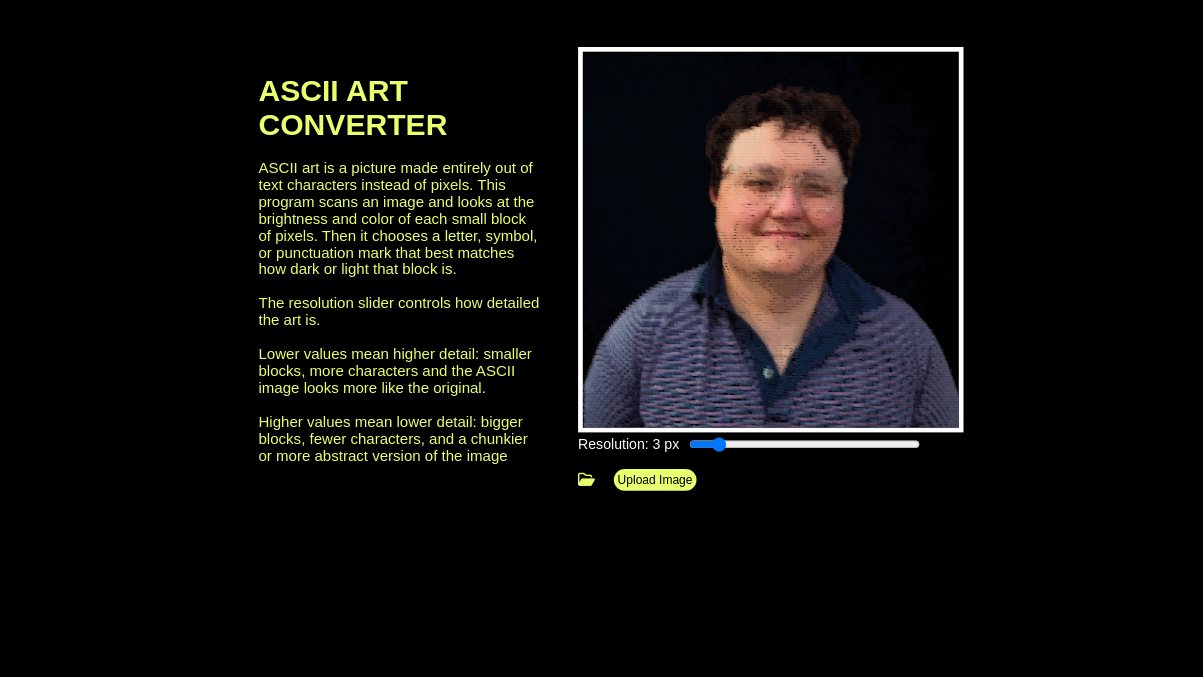
Repository: rosieomusic/ascii-art
Page: index.html
These files come from the project's save history. The page is drawn as it stood at one moment and after the next save; the edit follows.
The browser window is 1280 px wide. The pictures show the whole page, at 94% of full size.
Some web libraries are served in a nearby version.

Above is the page before, as saved 2025-05-06 17:31:40.

### index.html
<!DOCTYPE html>
<html>
	<head>
		<meta charset="UTF-8" />
		<meta
			name="viewport"
			content="width=device-width, initial-scale=1.0"
		/>

		<title>ASCII ART</title>
		<link
			rel="stylesheet"
			href="styles.css"
		/>
		<script
			src="https://kit.fontawesome.com/56e0d45a0e.js"
			crossorigin="anonymous"
		></script>
	</head>
	<body>
		<div class="big-container">
			<div id="explaination">
				<h1>ASCII ART CONVERTER</h1>
				<br />
				<p>
					ASCII art is a picture made entirely out of text characters instead of
					pixels. This program scans an image and looks at the brightness and
					color of each small block of pixels. Then it chooses a letter, symbol,
					or punctuation mark that best matches how dark or light that block is.
				</p>
				<br />
				<p>The resolution slider controls how detailed the art is.</p>
				<br />
				<p>
					Lower values mean higher detail: smaller blocks, more characters and
					the ASCII image looks more like the original.
				</p>
				<br />
				<p>
					Higher values mean lower detail: bigger blocks, fewer characters, and
					a chunkier or more abstract version of the image
				</p>
			</div>
			<div class="container">
				<canvas id="canvas1"></canvas>
				<div class="controls">
					<label
						for="resolution"
						id="resolutionLabel"
						>Resolution 5 px</label
					>
					<input
						type="range"
						id="resolution"
						name="resolution"
						min="1"
						max="20"
						value="3"
					/>
				</div>
				<br />
				<div id="upload">
					<i class="fa-regular fa-folder-open"></i>

					<input
						type="file"
						id="imageUpload"
						accept="image/*"
					/>
					<label
						for="imageUpload"
						class="upload-btn"
						>Upload Image</label
					>
					<pre id="ascii-output"></pre>
					<canvas
						id="canvas2"
						style="display: none"
					></canvas>
				</div>
			</div>
		</div>

		<script src="script.js"></script>
	</body>
</html>

### styles.css
* {
	margin: 0;
	padding: 0;
	/* box-sizing: border-box; */
}
body {
	background: black;
}
.big-container {
	display: flex;
	flex-direction: row;
	align-items: center;
	justify-content: center;
	padding: 50px;
	gap: 20px;
}
.container {
	position: relative;
	justify-content: center;
	align-items: center;
}
#canvas1 {
	border: 5px solid white;
}
.controls {
	display: flex;
}
.controls > input {
	width: 60%;
}
.controls > label {
	font-family: Arial, Helvetica, sans-serif;

	color: white;
	font-size: 15px;
	padding-right: 10px;
}
i {
	color: #e9ff70;
	margin-right: 20px;
	margin-top: 3px;
}
#imageUpload {
	display: none;
}
#upload {
	display: flex;
}
.upload-btn:hover {
	cursor: pointer;
	transform: scale(1.05);
}
.upload-btn {
	font-family: Arial, Helvetica, sans-serif;
	font-size: 0.8em;
	background-color: #e9ff70;
	color: black;
	padding: 4px;
	border-radius: 20px;
	transition: transform 200ms ease-in-out;
}

#explaination {
	font-family: Arial, Helvetica, sans-serif;
	margin: 20px;
	width: 300px;
	color: #e9ff70;
}

@media (min-width: 768) {
	.big-container {
		flex-direction: column;
	}
	#canvas1 {
		border: 5px solid white;
		width: 100%;
		max-width: 100vw;
		height: auto;
	}
	body {
		font-size: 1rem;
	}
}

### script.js
const inputSlider = document.getElementById('resolution');
const inputLabel = document.getElementById('resolutionLabel');
const canvas = document.getElementById('canvas1');
const ctx = canvas.getContext('2d');

const image1 = new Image();
image1.src = 'img/roseomalleyheadshotblack.png';
inputSlider.addEventListener('change', handleSlider);

const imageUpload = document.getElementById('imageUpload');

imageUpload.addEventListener('change', function (event) {
	const file = event.target.files[0];
	if (!file) return;

	const reader = new FileReader();
	reader.onload = function (e) {
		image1.src = e.target.result; // This re-triggers image1.onload
	};
	reader.readAsDataURL(file);
});

class Cell {
	constructor(x, y, symbol, color, size) {
		this.x = x;
		this.y = y;
		this.symbol = symbol;
		this.color = color;
		this.size = size;
		//this.padding = this.size * 0.2;
	}
	draw(ctx) {
		ctx.font = `${this.size * 2}px Courier New`;
		//ctx.fillStyle = 'yellow';
		ctx.fillText(this.symbol, this.x + 1, this.y + 1, +this.size);

		ctx.fillStyle = this.color;
		ctx.fillText(this.symbol, this.x, this.y, this.size);
		ctx.textBaseline = 'top';
	}
}
class AsciiEffect {
	#imageCellArray = [];
	#pixels = [];
	#ctx;
	#width;
	#height;
	constructor(ctx, width, height) {
		this.#ctx = ctx;
		this.#width = width;
		this.#height = height;
		this.#ctx.drawImage(image1, 0, 0, this.#width, this.#height);
		this.#pixels = this.#ctx.getImageData(0, 0, this.#width, this.#height);
		//console.log(this.#pixels.data);
	}
	#convertToSymbol(g) {
		// @#W$9876543210?!abc;:+=-,._
		// .,:ilwW"
		// '$@B%8&WM#*oahkbdpqwmZO0QLCJUYXzcvunxrjft/|()1{}[]?-_+~<>i!lI;:,"^`'
		//`^",:;Il!i><~+_-?][}{1)(|/tfjrxnuvczXYUJCLQ0OZmwqpdbkhao*#MW&8%B@$

		const asciiGradient =
			' .`^",:;Il!i><~+_-?][}{1)(|/tfjrxnuvczXYUJCLQ0OZmwqpdbkhao*#MW&8%B@$';

		const index = Math.floor((g / 255) * (asciiGradient.length - 1));
		return asciiGradient[index];
	}

	#scanImage(cellSize) {
		this.#imageCellArray = [];
		const stepX = Math.floor(cellSize * 0.6);
		const stepY = cellSize;
		for (let y = 0; y < this.#pixels.height; y += stepY) {
			for (let x = 0; x < this.#pixels.width; x += stepX) {
				if (x >= this.#pixels.width || y >= this.#pixels.height) continue;
				const posX = x * 4;
				const posY = y * 4;
				const pos = (y * this.#pixels.width + x) * 4;

				if (this.#pixels.data[pos + 3] > 128) {
					const red = this.#pixels.data[pos];
					const green = this.#pixels.data[pos + 1];
					const blue = this.#pixels.data[pos + 2];
					const grayscale = 0.2126 * red + 0.7152 * green + 0.0722 * blue;

					//const color = 'yellow';
					//const color = grayscale > 110 ? 'white' : 'black';
					const total = red + green + blue;
					const averageColorValue = total / 3;
					const color = `rgb(${red}, ${green}, ${blue})`;
					const symbol = this.#convertToSymbol(averageColorValue);
					if (symbol)
						this.#imageCellArray.push(new Cell(x, y, symbol, color, cellSize));
				}
			}
		}
		//console.log(this.#imageCellArray);
	}
	#drawAscii() {
		this.#ctx.clearRect(0, 0, this.#width, this.#height);
		for (let i = 0; i < this.#imageCellArray.length; i++) {
			this.#imageCellArray[i].draw(this.#ctx);
		}
	}
	draw(cellSize) {
		this.#scanImage(cellSize);
		this.#drawAscii();
	}
}
let effect;
function handleSlider() {
	//console.log('Slider value: ', inputSlider.value);
	if (inputSlider.value == 1) {
		inputLabel.innerHTML = 'Original Image';
		ctx.drawImage(image1, 0, 0, canvas.width, canvas.height);
	} else {
		inputLabel.innerHTML = 'Resolution: ' + inputSlider.value + ' px';
		ctx.font = parseInt(inputSlider.value) * 2 + 'px Courier New';
		effect.draw(parseInt(inputSlider.value));
	}
}
image1.onload = function initialize() {
	//console.log('Image loaded: ', image1.src);
	//console.log('Image dimiensions: ', image1.width, image1.height);
	const maxDimension = 550;

	let scale = Math.min(
		maxDimension / image1.width,
		maxDimension / image1.height,
		1
	);

	const scaledWidth = image1.width * scale;
	const scaledHeight = image1.height * scale;
	canvas.width = scaledWidth;
	canvas.height = scaledHeight;

	ctx.clearRect(0, 0, canvas.width, canvas.height);
	ctx.drawImage(image1, 0, 0, scaledWidth, scaledHeight);

	effect = new AsciiEffect(ctx, scaledWidth, scaledHeight);
	//effect.draw(parseInt(inputSlider.value));

	const base64Image = canvas.toDataURL(image1);
	//console.log('Base64 image:', base64Image);

	handleSlider();
};
const string =
	'$@B%8&WM#*oahkbdpqwmZO0QLCJUYXzcvunxrjft/|()1{}[]?-_+~<>i!lI;:,"^`';

function reverseString(str) {
	const reversed = str.split('').reverse().join('');
	console.log(reversed);
	return reversed;
}

reverseString(string);

After the next save:
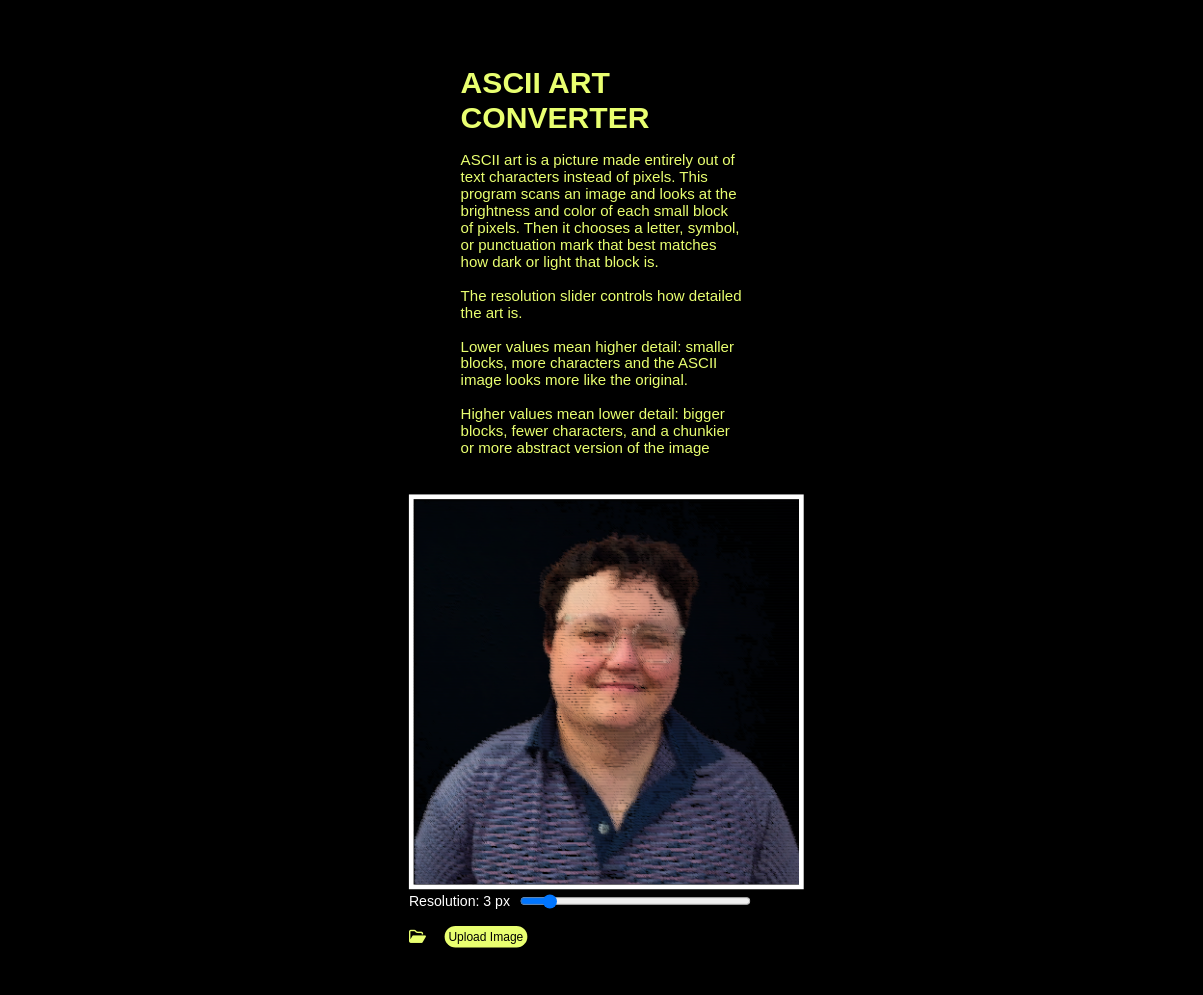
Saved 50 s later.
--- a/styles.css
+++ b/styles.css
@@ -67,7 +67,7 @@ i {
 	color: #e9ff70;
 }
 
-@media (min-width: 768) {
+@media (min-width: 768px) {
 	.big-container {
 		flex-direction: column;
 	}
